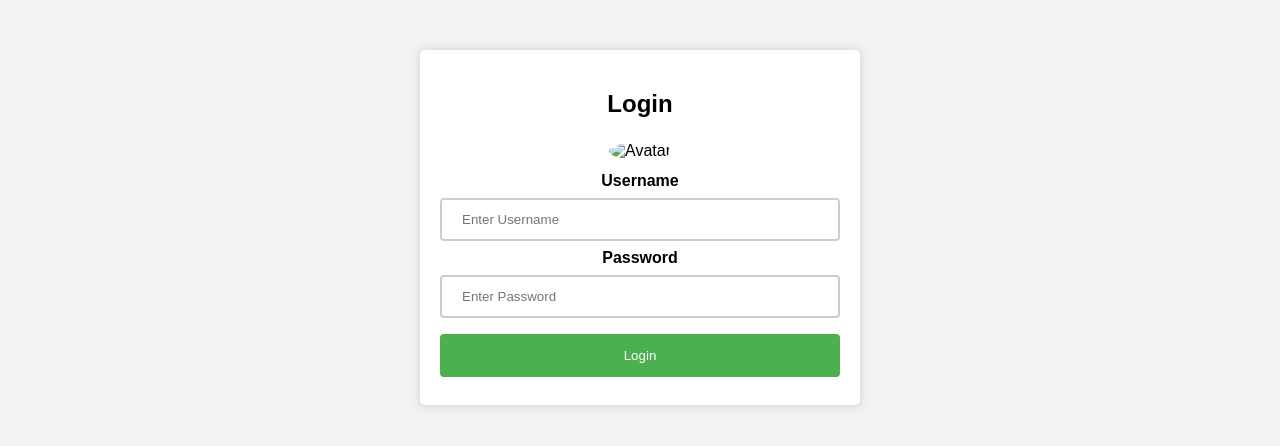
Repository: nghiakma/Login_Register_php
Page: login.html
These files come from the project's save history. The page is drawn as it stood at one moment and after the next save; the edit follows.
The browser window is 1280 px wide. The pictures show the whole page.

Above is the page before, as saved 2023-04-17 20:09:43.
Not found: avatar.png

After the next save:
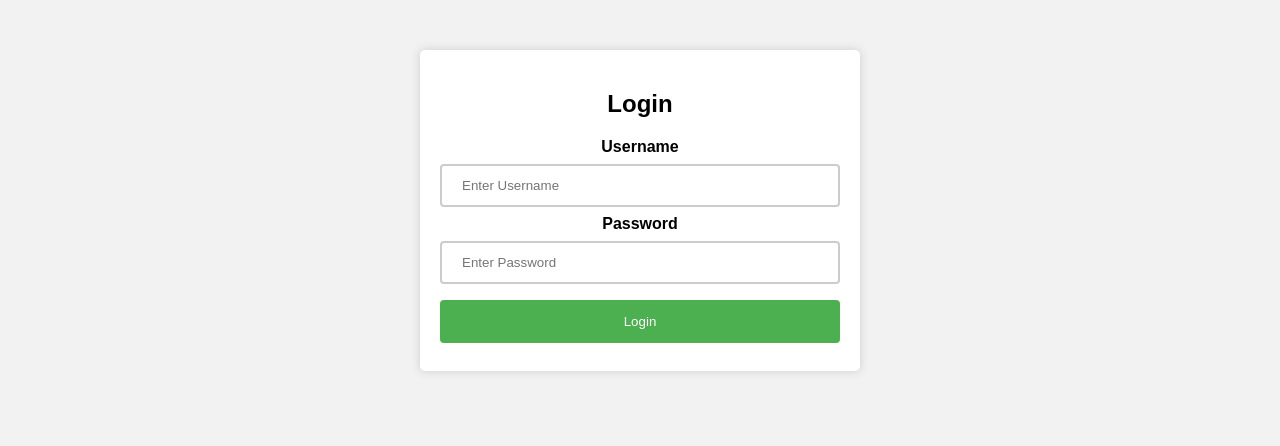
Saved 6 min 7 s later.
--- a/login.html
+++ b/login.html
@@ -66,9 +66,7 @@
     <div class="login-container">
         <h2>Login</h2>
         <form action="/login" method="POST">
-            <div class="imgcontainer">
-                <img src="avatar.png" alt="Avatar" class="avatar">
-            </div>
+
             <label for="username"><b>Username</b></label>
             <input type="text" placeholder="Enter Username" name="username" required>
 
